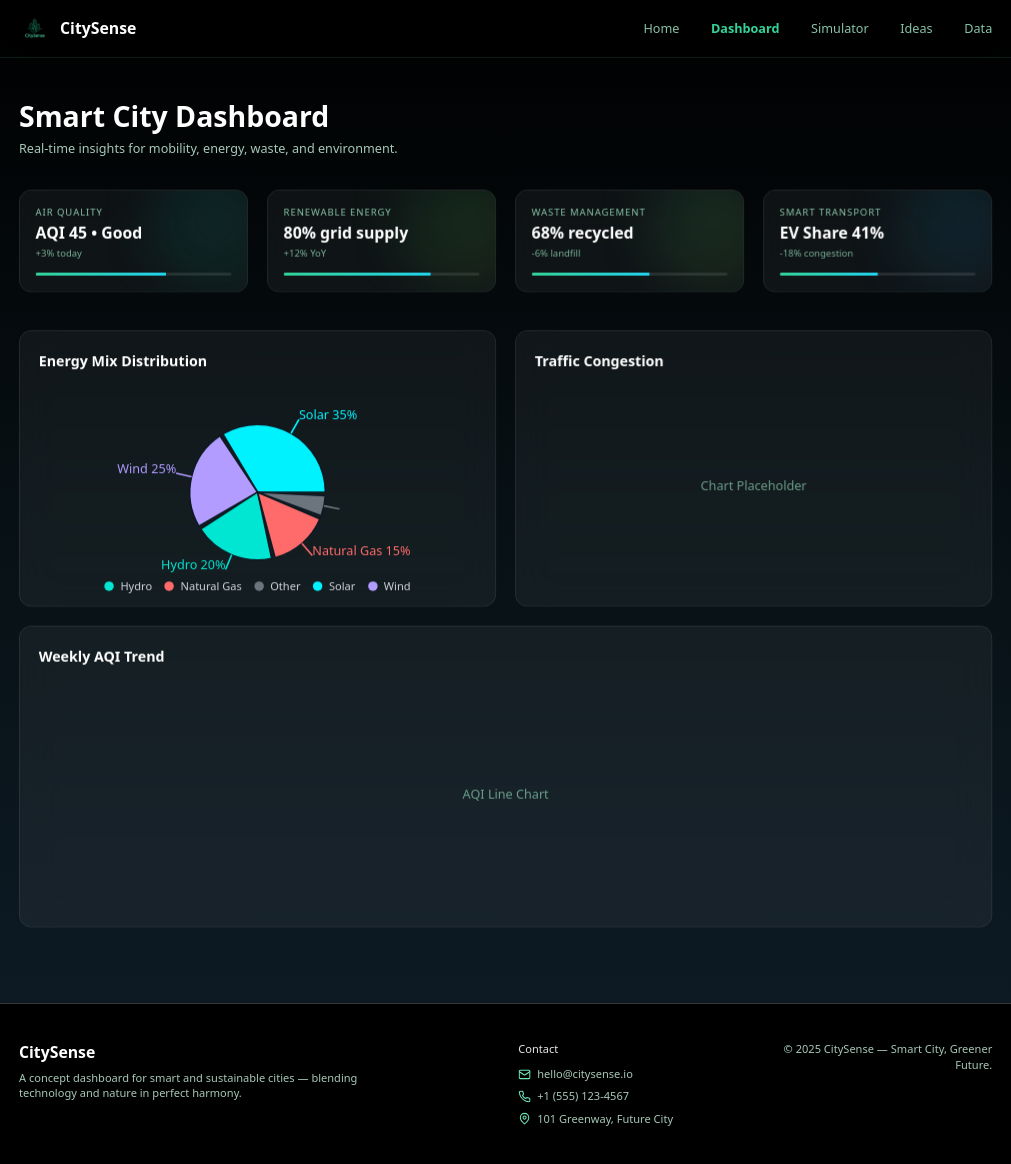
Repository: crashyet/CitySense
Page: /dashboard
The author's editor kept a copy of each file at every save. The page is drawn from the files as they stood at one save, then again after the next save.
The browser window is 1280 px wide. The pictures show the whole page, at 79% of full size.
The project was rebuilt for these pictures with package versions that can differ from the ones it lists, and the page was loaded fresh each time. Also part of the build but not shown: vite.config.js, src/pages/landing/Hero.jsx, src/pages/landing/DashboardPreview.jsx, src/pages/landing/Infographic.jsx, src/pages/landing/Community.jsx, src/pages/landing/index.jsx, src/pages/Simulator/index.jsx, src/pages/Ideas/index.jsx and 1 more.

Above is the page before, as saved 2025-11-17 03:04:18.

After the next save:
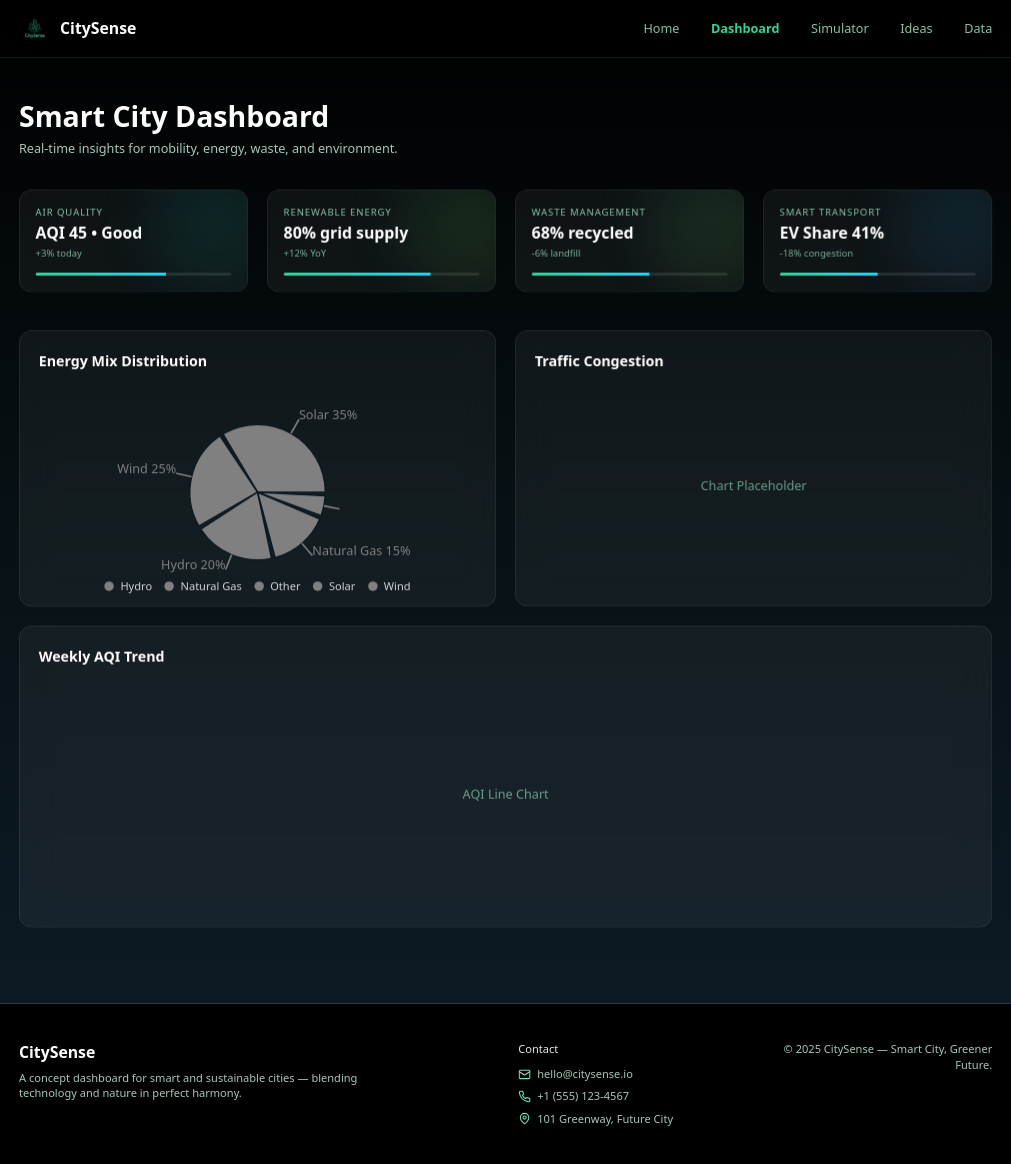
Saved 7 s later.
--- a/src/components/EnergyPieChart.jsx
+++ b/src/components/EnergyPieChart.jsx
@@ -37,14 +37,14 @@
               labelLine={true}
               labelStyle={{ fill: '#e2e8f0', fontSize: 12, fontWeight: 'bold' }}
             >
-              {data.map((entry, index) => (
+              {/* {data.map((entry, index) => (
                 <Cell
                   key={`cell-${index}`}
                   fill={entry.color}
                   // Stroke di sini akan menimpa stroke global di Pie jika didefinisikan
                   // Kita biarkan kosong agar mengikuti stroke global di Pie untuk konsistensi
                 />
-              ))}
+              ))} */}
             </Pie>
 
             <Tooltip

After the save that followed:
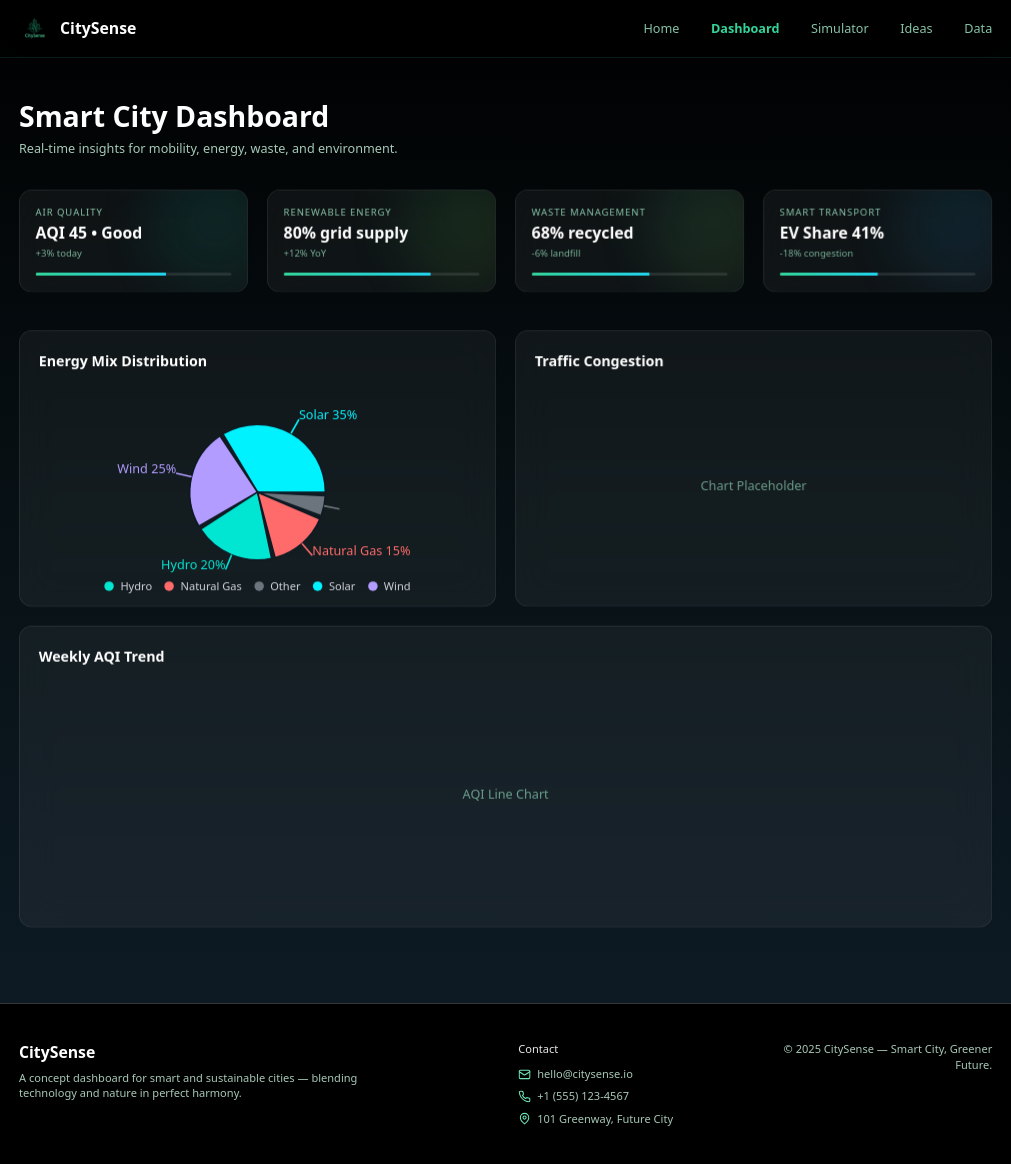
Saved 4 s later.
--- a/src/components/EnergyPieChart.jsx
+++ b/src/components/EnergyPieChart.jsx
@@ -37,14 +37,14 @@
               labelLine={true}
               labelStyle={{ fill: '#e2e8f0', fontSize: 12, fontWeight: 'bold' }}
             >
-              {/* {data.map((entry, index) => (
+              {data.map((entry, index) => (
                 <Cell
                   key={`cell-${index}`}
                   fill={entry.color}
                   // Stroke di sini akan menimpa stroke global di Pie jika didefinisikan
                   // Kita biarkan kosong agar mengikuti stroke global di Pie untuk konsistensi
                 />
-              ))} */}
+              ))}
             </Pie>
 
             <Tooltip
